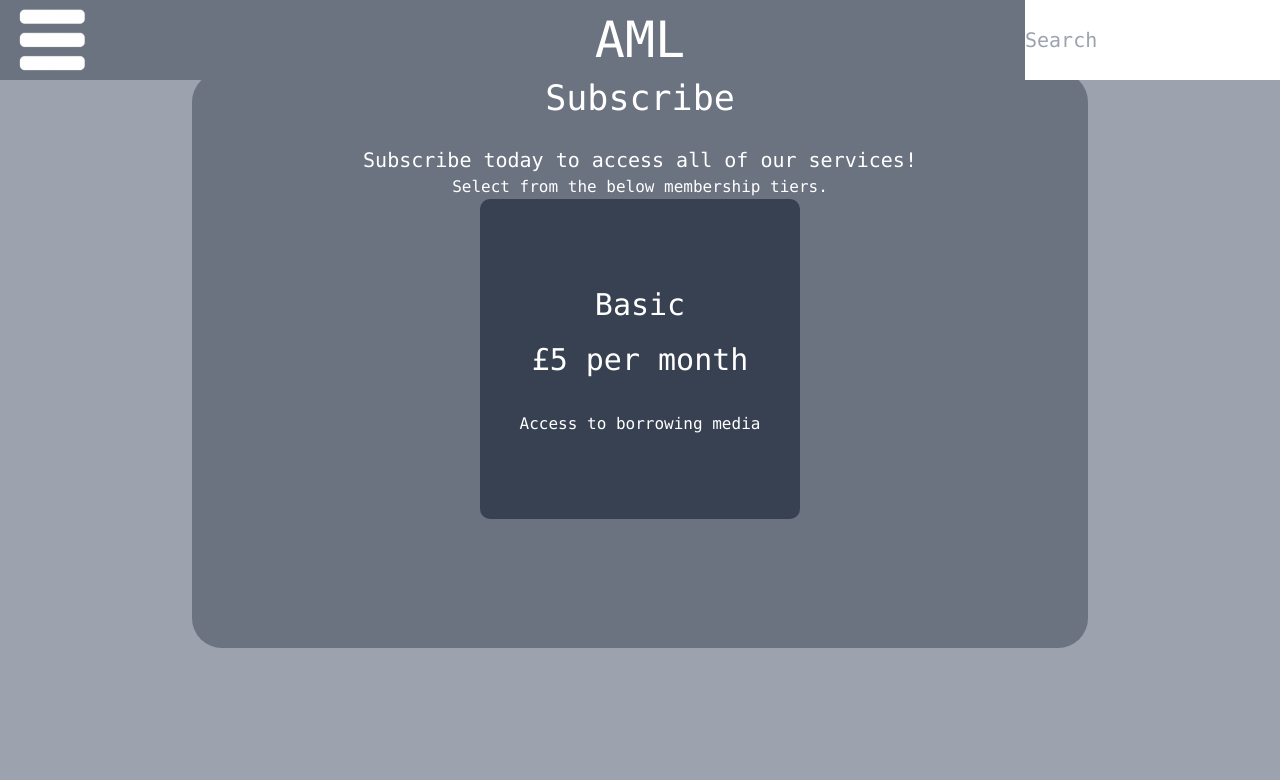
Repository: DuyKhanhDo/AML-Concept
Page: http://localhost/subscribe
These files come from the project's save history. The page is drawn as it stood at one moment and after the next save; the edit follows.
The browser window is 1280 px wide. The pictures show the whole page.
Some web libraries are served in a nearby version. The page is served by the project's Laravel application, run on PHP 8.4 with Laravel 12. A made-up administrator, Test User (test@example.com), is signed in. Other server files are loaded and not shown.

Above is the page before, as saved 2024-11-11 12:56:09.

### routes/web.php
<?php

use App\Http\Controllers\RegisterController;
use App\Http\Controllers\LogInController;
use App\Http\Controllers\ProfileController;
use App\Http\Controllers\SubscriptionController;
use Illuminate\Support\Facades\Route;
use Illuminate\Support\Facades\Auth;

Auth::routes();

Route::get('/', function () {
    return view('catalogue');
});

Route::get('/login', [LogInController::class, 'LogInView'])->name('login');
Route::post('/submit-login', [LogInController::class, 'Submit'])->name('submit.login');

Route::get('/register', [RegisterController::class, 'RegisterView'])->name('register');
Route::post('/submit-register', [RegisterController::class, 'Submit'])->name('submit.register');

Route::get('/subscribe', [SubscriptionController::class, 'SubscribeView'])->name('subscribe');

Route::post('/logout', function(){
    Auth::logout();
    return redirect()->back();
})->name('logout');

### app/Models/User.php
<?php

namespace App\Models;

use Illuminate\Auth\Middleware\Authenticate;
use Illuminate\Database\Eloquent\Model;
use Illuminate\Foundation\Auth\User as Authenticatable;
use Illuminate\Notifications\Notifiable;

class User extends Authenticatable
{
    use Notifiable;
    public $timestamps = false;

    protected $table = 'Users';

    protected $fillable = ['name', 'email', 'password', 'dob'];
};

### app/Http/Controllers/SubscriptionController.php
<?php

namespace App\Http\Controllers;

use Illuminate\Http\Request;

class SubscriptionController extends Controller
{
    public function __construct()
    {
        $this->middleware('auth');
    }

    public function SubscribeView()
    {
        return view('subscribe');
    }
}

### resources/views/subscribe.blade.php
<x-base>
    <x-slot:content>
        <main class="flex justify-center items-center h-screen">
            <div class="absolute top-[5vh] bg-gray-500 w-[70vw] h-[80vh] mt-[5vh] rounded-[30px] flex items-center flex-col">
                <h1 class="text-[35px]">Subscribe</h1>
                <h3 class="text-[20px] mt-[20px]">Subscribe today to access all of our services!</h3>
                <h5>Select from the below membership tiers.</h5>
                <button class="bg-gray-700 rounded-[10px] w-[20rem] h-[20rem]">
                    <h2 class="text-[30px] mb-[10px]">Basic</h2>
                    <h2 class="text-[30px] mb-[30px]">£5 per month</h2>
                    <h3>Access to borrowing media</h3>
                </button>
            </div>
        </main>
    </x-slot>
</x-base>

### resources/views/components/base.blade.php
<!DOCTYPE html>
<html lang="en">
<head>
    <meta charset="UTF-8">
    <meta name="viewport" content="width=device-width, initial-scale=1.0">
    <title>AML</title>
    <script src="https://cdn.tailwindcss.com"></script>
</head>
<body class="bg-gray-400 font-mono">
    <x-navigation-bar></x-navigation-bar>
    <main class="mt-[5vh] text-white text-center">
        {{ $content }}
    </main>
</body>
</html>

### resources/views/components/navigation-bar.blade.php
<div class="fixed left-0 top-0 w-full h-[5rem] flex items-center justify-center bg-gray-500 m-0 p-0 box-border font-mono z-50">
    <button id="toggle-sidebar" class="absolute left-0 ml-[10px] h-full"><img class="h-full" draggable="false" src="{{ asset('assets/sidebar-img.png') }}" alt=""></button>
    <h1 class="text-[50px] text-white">AML</h1>
    <input type="text" class="absolute right-0 ml-[10px] h-full radius-[20px] text-[20px]" placeholder="Search">
</div>
<div id="sidebar" class="fixed left-0 top-[5rem] bg-gray-500 w-[20rem] h-[95vh] flex flex-col opacity-0 z-50 transition-opacity duraction-900">
    <ul class="text-center text-white w-full flex items-center">
        <x-side-bar-btn :csrf=false method="GET" route="/" name="Catalogue"></x-side-bar-btn>
    </ul>
    <ul class="absolute bottom-0 flex flex-col text-center text-white w-full flex items-center">
        @if (Auth::check())
            <x-side-bar-btn :csrf=true method="POST" route="{{ route('logout') }}" name="Sign out"></x-side-bar-btn>
        @else
            <x-side-bar-btn :csrf=false method="GET" route="{{ route('login') }}" name="Log in"></x-side-bar-btn>
            <x-side-bar-btn :csrf=false method="GET" route="{{ route('register') }}" name="Register"></x-side-bar-btn>
        @endif
    </ul>
</div>

<script>
    const button = document.getElementById('toggle-sidebar')
    const sidebar = document.getElementById('sidebar')

    button.addEventListener('click',function(){
        sidebar.classList.toggle('opacity-0');
        sidebar.classList.toggle('opacity-100');
    })
</script>

### resources/views/components/side-bar-btn.blade.php
<form class="w-full" method="{{ $method }}" action='{{ $route }}'>
    @if ($csrf == true)
        @csrf
    @endif

    <li class="mx-auto bg-gray-700 w-full h-[5rem] mb-[10px] flex items-center justify-center">
        <button type="submit" class="font-mono text-[30px] w-full">
            {{ $name }}
        </button>
    </li>
</form>

Loaded but not shown: app/Http/Controllers/Auth/ConfirmPasswordController.php (common file); app/Http/Controllers/Controller.php (common file)

After the next save:
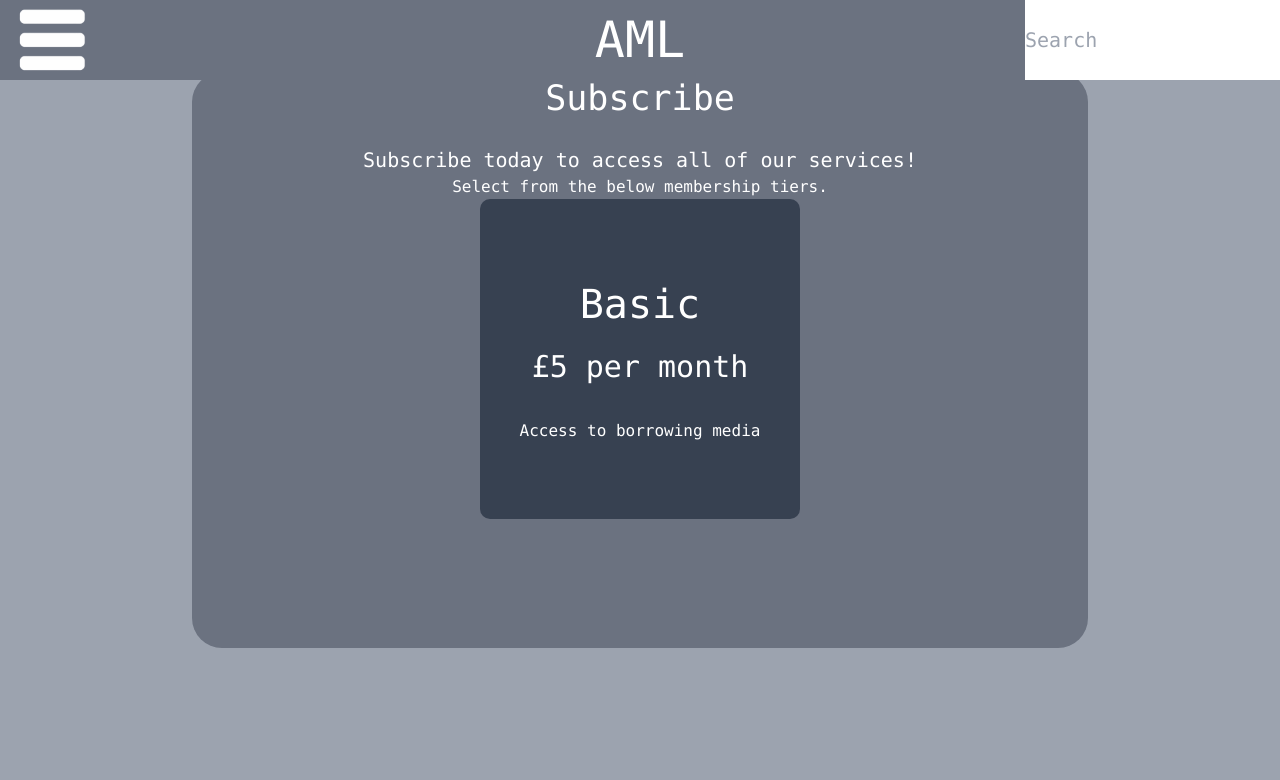
Saved 7 s later.
--- a/resources/views/subscribe.blade.php
+++ b/resources/views/subscribe.blade.php
@@ -6,7 +6,7 @@
                 <h3 class="text-[20px] mt-[20px]">Subscribe today to access all of our services!</h3>
                 <h5>Select from the below membership tiers.</h5>
                 <button class="bg-gray-700 rounded-[10px] w-[20rem] h-[20rem]">
-                    <h2 class="text-[30px] mb-[10px]">Basic</h2>
+                    <h2 class="text-[40px] mb-[10px]">Basic</h2>
                     <h2 class="text-[30px] mb-[30px]">£5 per month</h2>
                     <h3>Access to borrowing media</h3>
                 </button>
